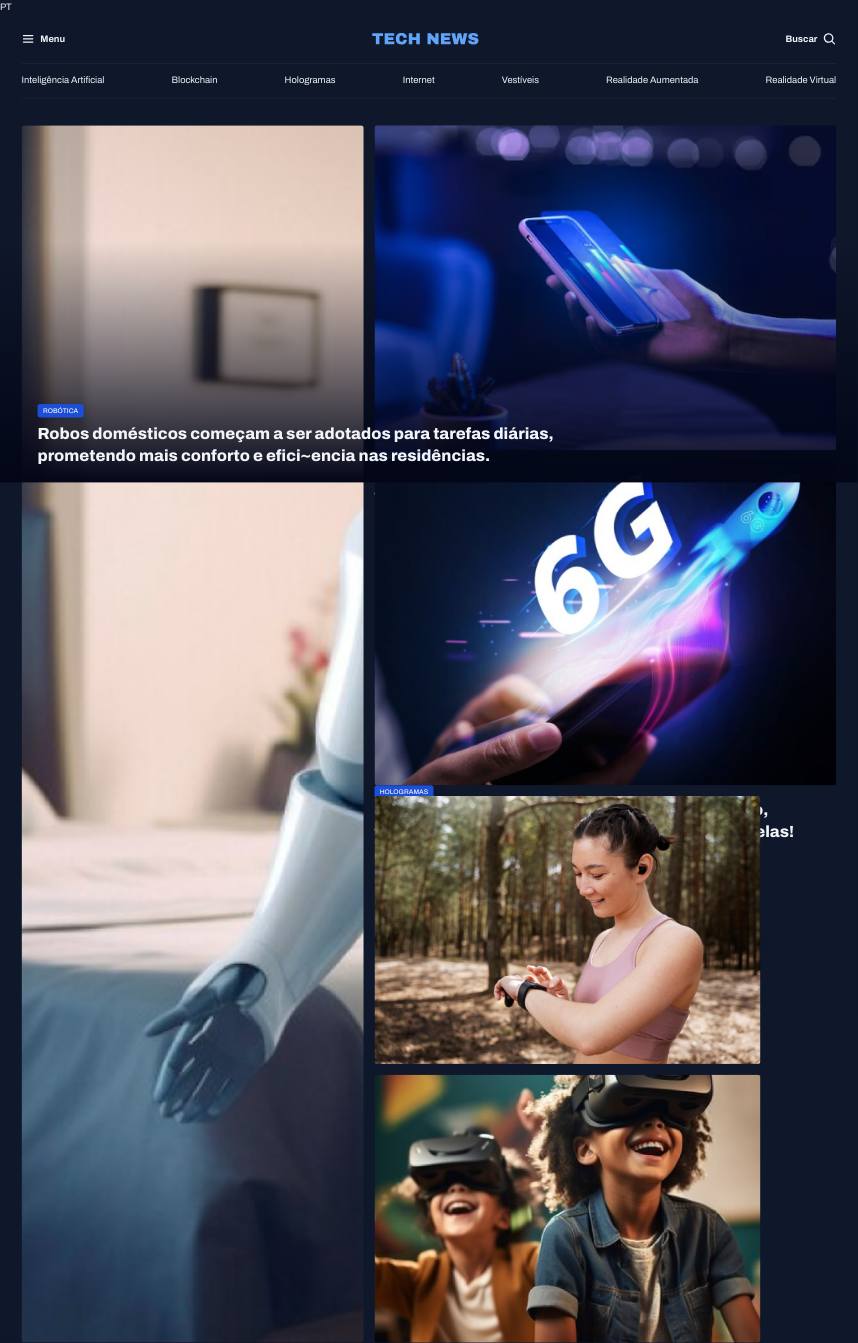
Repository: JeffRodFer/portalDeNoticias
Page: index.html
The author's editor kept a copy of each file at every save. The page is drawn from the files as they stood at one save, then again after a run of saves.
The browser window is 1280 px wide. The pictures show the whole page, at 67% of full size.

Above is the page before, as saved 2025-04-15 21:55:14.

### index.html
PT<!DOCTYPE html>
<html lang="pt-BR">
  <head>
    <link rel="preconnect" href="https://fonts.googleapis.com">
  <link rel="preconnect" href="https://fonts.gstatic.com" crossorigin>
  <meta charset="UTF-8">
  <meta name="viewport" content="width=device-width, initial-scale=1.0">
  <title>Portal de Notícias</title>
  <link rel="stylesheet" href="styles/index.css">

  <link href="https://fonts.googleapis.com/css2?family=Archivo:ital,wght@0,100..900;1,100..900&family=Bree+Serif&family=Poppins:wght@400;700&display=swap" rel="stylesheet">

</head>
<body>
  <header class="container">
    <nav id="primary" class="grid grid-flow-col">
      <div>
        <img src="assets/icons/List.svg" alt="ícone de menu">
        <strong>Menu</strong>
      </div>
        <div>
          <img src="assets/Logo (1).svg" alt="TechNews logo">
        </div>
        <div>
          <strong>Buscar</strong>
          <img src="assets/icons/MagnifyingGlass.svg" alt="ícone de lupa para pesquisa">
        </div>
    </nav>
    <nav id="secondary" class="grid grid-flow-col">
      <a href="#">Inteligência Artificial</a>
      <a href="#">Blockchain</a>
      <a href="#">Hologramas</a>
      <a href="#">Internet</a>
      <a href="#">Vestíveis</a>
      <a href="#">Realidade Aumentada</a>
      <a href="#">Realidade Virtual</a>
    </nav>
  </header>
  <main class="grid container">
    <section id="featured" class="grid grid-flow-col gap-16">
      <figure class="card">
        <img src="assets/images/Image 01.png" alt="">

        <figcaption>
          <span class="content-tag">robótica</span>
          <h2 class="text-2xl">
            Robos domésticos começam a ser adotados para tarefas diárias, <br> prometendo mais conforto e efici~encia nas residências.
          </h2>
        </figcaption>
      </figure>
      <div class="grid grid cols-2 gap-16">
        <figure>
          <img src="assets/images/Image 02.png" alt="Novo Smartphone Projetor 3D chega ao mercado, transformando a forma como vemos as nossas telas!">

          <figcaption>
            <span class="content-tag">Hologramas</span>
            <h2 class="text-2xl">
              Novo Smartphone Projetor 3D chega ao mercado, transformando a forma como vemos as nossas telas!
            </h2>
          </figcaption>
        </figure>
        <figure>
          <img src="assets/images/Image 03.png" alt="">

          <figcaption>
            <span class="content-tag">Hologramas</span>
            <h2 class="text-2xl">
              Novo Smartphone Projetor 3D chega ao mercado, transformando a forma como vemos as nossas telas!
            </h2>
          </figcaption>
      </figure>
        <figure>
          <img src="assets/images/Image 04.png" alt="">
        </figure>
        <figure>
          <img src="assets/images/Image 05.png" alt="">
        </figure>
      </div>
    </section>
  </main>
</body>
</html>

### styles/global.css
* {
  margin: 0;
  padding: 0;
  box-sizing: border-box;
}

:root {
  --brand-color-light: #60a5fa ;
  --brand-color-dark: #1d4ed8;
  --bg-color: #0f172a;
  --stroke-color: #1e293b;
  --text-color-primary: #f1f5f9;
  --text-color-secondary: #cbd5e1;

  --font-family: 'Archivo', sans-serif;
  --h1: 800 24px/135% var(--font-family);
  --h2: 800 16px/140% var(--font-family);
  --h3: 800 14px/140% var(--font-family);
  --text-span: 400 16px/140% var(--font-family);
  --text: 400 14px/160% var(--font-family);

}

body {
  font: var(--text);
  color: var(--text-color-primary);
  background-color: var(--bg-color);
}

a {
  text-decoration: none;
  color: inherit;
}

a:hover {
  color: var(--brand-color-light);
}

h1,h2,h3 {
  font:inherit;
}

img {
  max-width: 100%;
}

.container {
  max-width: 1280px;
  padding-inline: 32px;
  margin-inline: auto;
}
main {
  margin-top: 40px ;
}
.content-tag {
  display: inline-block;
  background-color: var(--brand-color-dark);
  padding: 4px 8px;
  border-radius: 4px;
  font: 500 10px/1.2 var(--font-family);
  text-transform: uppercase;
  color: var(--text-color-primary);
  box-shadow: 0px 4px 16px rgba(2, 3, 23, 0.251);
}

### styles/utility.css
/* utility-first */
.grid {
  display: grid;
}
.grid-flow-col {
  grid-auto-flow: column;
}

.grid-cols-2 {
  grid-template-columns: 1fr 1fr;
}

.gap-16 {
  gap: 16px;
}

.text-2xl {
  font: var(--h1);
}
.text-2x {
  font: var(--h2);
}
.text-lg {
  font: var(--h3);
}
.text-sm {
  font: var(--text-sm);
}

### styles/header.css
#primary {
  padding-block: 20px;

  div {
    display: flex;
    align-items: center;
    gap: 8px;
  }

  /* nesting css */
  div:nth-child(2) {
    margin-inline: auto;
}
div:nth-child(3) {
  justify-self: end;
}
}
#secondary {
  padding-block: 14px;
  border: solid 1px var(--stroke-color);
  border-inline: none;
  justify-content: space-between;
}

### styles/sections.css
#featured {
  img {
    height: 100%;
    object-fit: cover;
    border-radius: 4px;
  }
.card {
  border-radius: 4px;
  overflow: hidden;
  object-fit: relative;

  &::before {
   content: "";
   position: absolute;
   inset: 0;
   top: 50%;
   background: linear-gradient(
    180deg,
    transparent 0%,
    #020617 100%
   );
  }
  figcaption {
    position: absolute;
    bottom: 0;

    padding: 24px;

    h2 {
      margin-top: 8px;
    }
  }
}
}

Loaded but not shown: styles/index.css (common file)

After the next 2 saves:
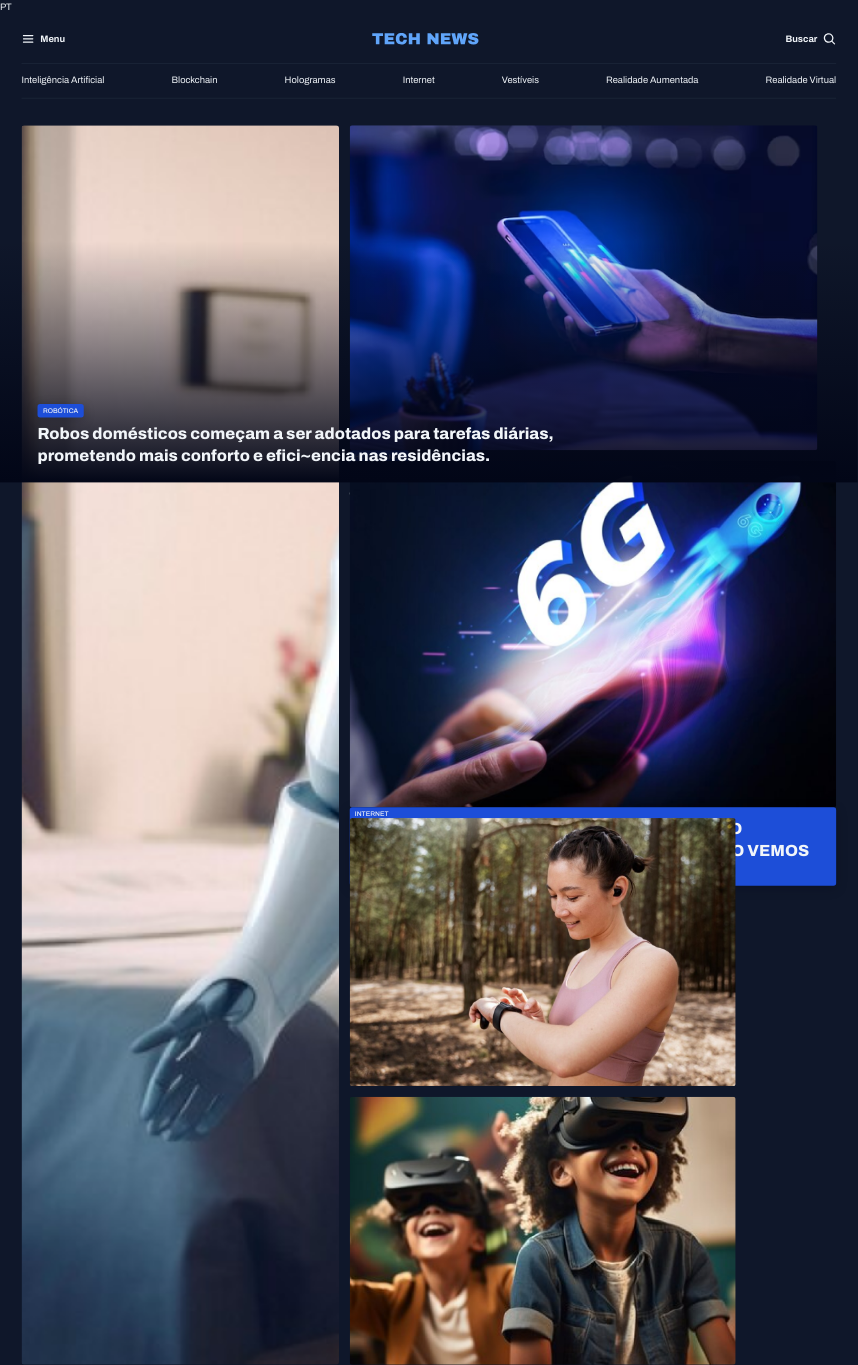
The 2 saves are shown as one change because they came seconds apart.
The last was saved 23 s later.
--- a/index.html
+++ b/index.html
@@ -63,7 +63,7 @@
           <img src="assets/images/Image 03.png" alt="">
 
           <figcaption>
-            <span class="content-tag">Hologramas</span>
+            <span class="content-tag">Internet
             <h2 class="text-2xl">
               Novo Smartphone Projetor 3D chega ao mercado, transformando a forma como vemos as nossas telas!
             </h2>

After the 2 saves that followed:
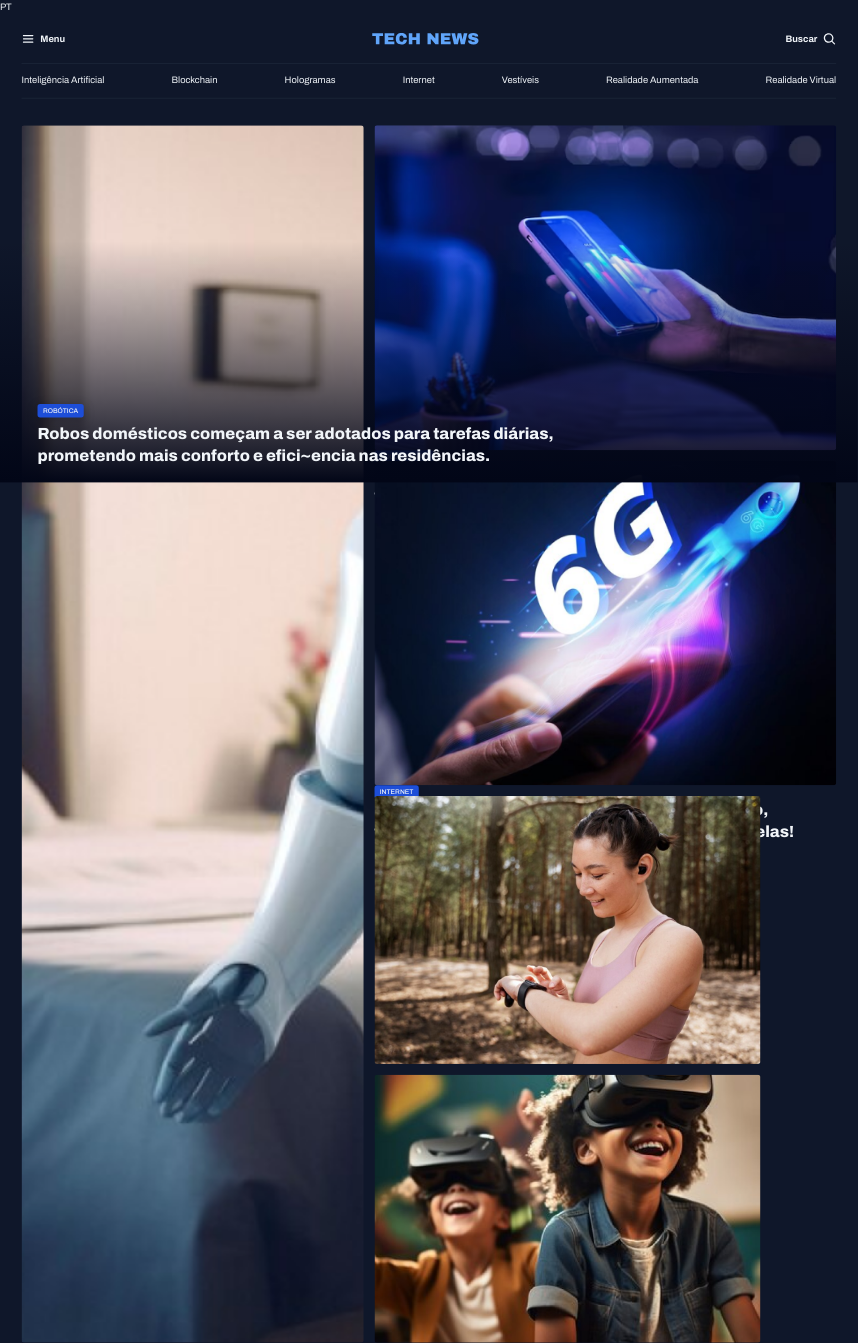
The 2 saves are shown as one change because they came seconds apart.
The last was saved 5 s later.
--- a/index.html
+++ b/index.html
@@ -63,7 +63,7 @@
           <img src="assets/images/Image 03.png" alt="">
 
           <figcaption>
-            <span class="content-tag">Internet
+            <span class="content-tag">Internet</span>
             <h2 class="text-2xl">
               Novo Smartphone Projetor 3D chega ao mercado, transformando a forma como vemos as nossas telas!
             </h2>
